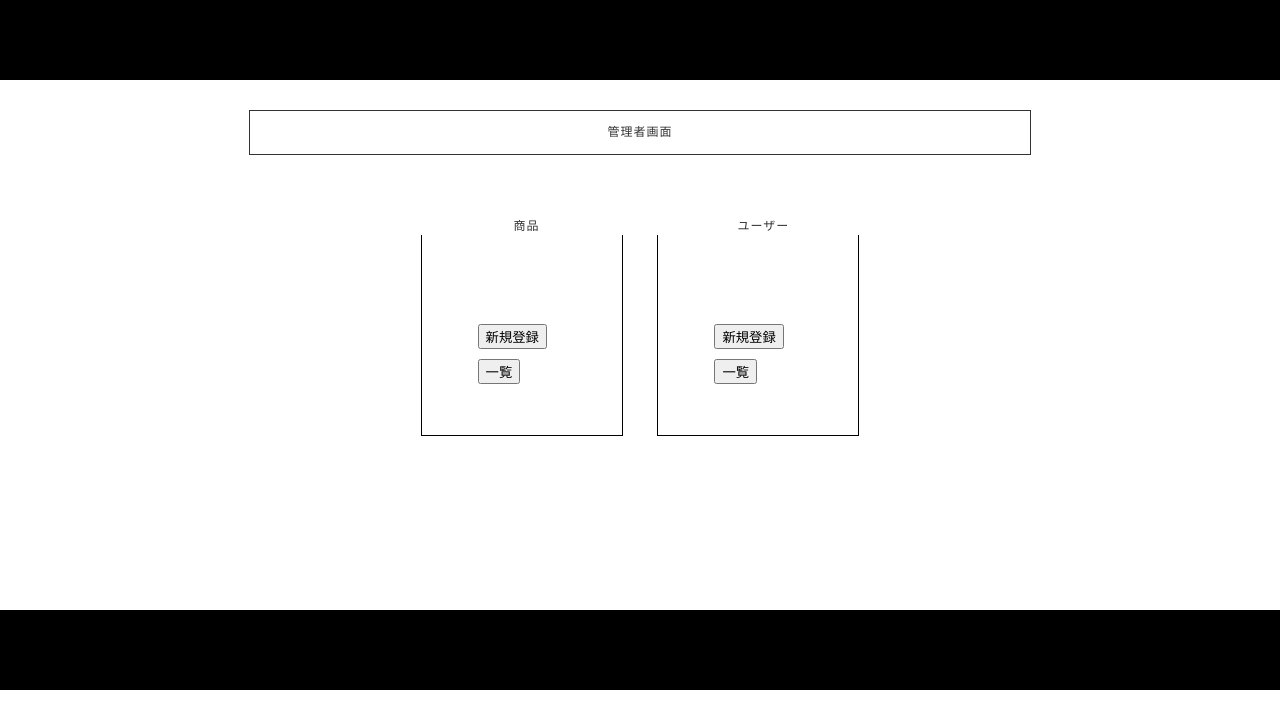
Repository: hiraide8/test
Page: http://localhost/ecsite/admin.jsp
These files come from the project's save history. The page is drawn as it stood at one moment and after the next save; the edit follows.
The browser window is 1280 px wide. The pictures show the whole page.
The page is served by Tomcat 9.

Above is the page before, as saved 2019-01-23 12:00:20.

After the next save:
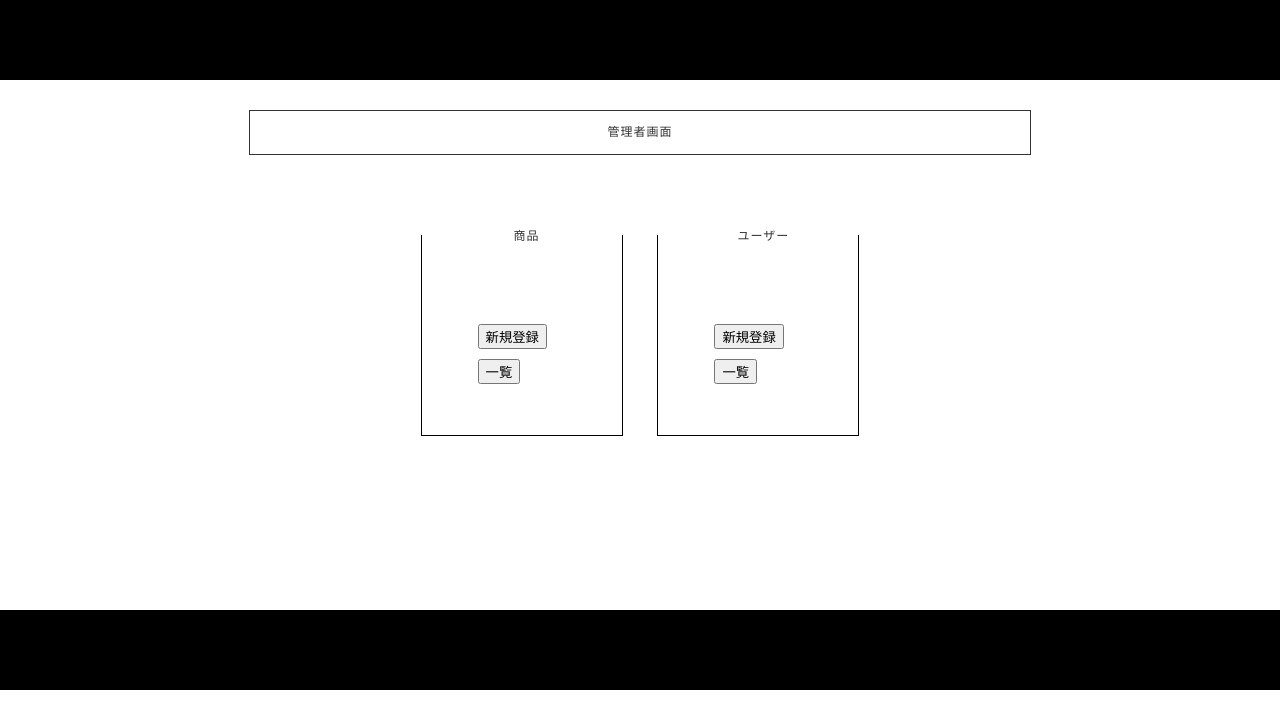
Saved 12 s later.
--- a/ecsite/WebContent/admin.jsp
+++ b/ecsite/WebContent/admin.jsp
@@ -65,7 +65,7 @@
                 }
                 .bbb{
                   position:relative;
-                  top:-30px;
+                  top:-20px;
                   left:5px;
                 }
        </style>
